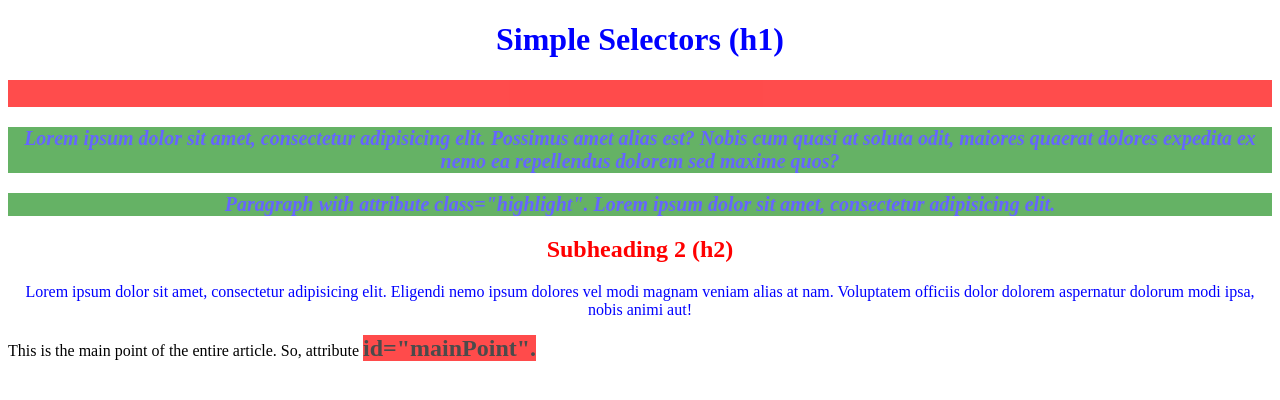
Repository: Aakarshit-Sharma19/Basic-HTML-and-CSS-Page-
Page: test.html
The author's editor kept a copy of each file at every save. The page is drawn from the files as they stood at one save, then again after the next save.
The browser window is 1280 px wide. The pictures show the whole page.

Above is the page before, as saved 2020-11-08 10:14:25.

### test.html
<!DOCTYPE html>
<html>

<head>
  <meta charset="utf-8">
  <title>Simple Selectors</title>
  <style>
    /* all h2 elements */
    h2 {
      color: red;
      text-align: center;
    }


    /* all with class="highlight" */
    .highlight {
      font-size: 20px;
      font-weight: bold;
      font-style: italic;
      background-color: green;
      opacity: .6;
    }

    /* element with id="mainPoint" */
    #mainPoint {
      font-size: 24px;
      font-weight: bold;
      background-color: red;
      opacity: .7;
    }

    /* all p AND h1 elements */
    p, h1 {
      color: blue;
      text-align: center;
    }
  </style>
</head>

<body>

  <h1>Simple Selectors (h1)</h1>
  <h2 id="mainPoint">Subheading 1 (h2)</h2>
  <p class="highlight">Lorem ipsum dolor sit amet, consectetur adipisicing elit. Possimus amet alias est? Nobis cum
    quasi at soluta odit, maiores quaerat dolores expedita ex nemo ea repellendus dolorem sed maxime quos?</p>
  <p class="highlight">Paragraph with attribute class="highlight". Lorem ipsum dolor sit amet, consectetur adipisicing
    elit.</p>
  <h2>Subheading 2 (h2)</h2>
  <p>Lorem ipsum dolor sit amet, consectetur adipisicing elit. Eligendi nemo ipsum dolores vel modi magnam veniam alias
    at nam. Voluptatem officiis dolor dolorem aspernatur dolorum modi ipsa, nobis animi aut!</p>
  <div>This is the main point of the entire article. So, attribute
    <span id="mainPoint">id="mainPoint".</span> </div>

</body>

</html>

After the next save:
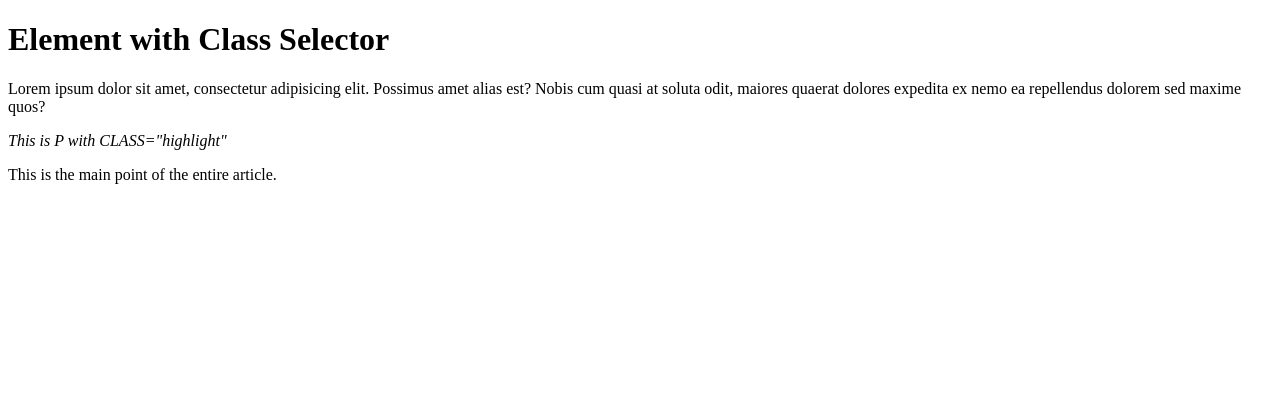
Saved 13 min 10 s later.
--- a/test.html
+++ b/test.html
@@ -3,53 +3,35 @@
 
 <head>
   <meta charset="utf-8">
-  <title>Simple Selectors</title>
+  <title>Element with Class Selector
+  </title>
   <style>
-    /* all h2 elements */
-    h2 {
-      color: red;
-      text-align: center;
+    /* all with class="highlight" */
+    highlight {
+      background-color: green;
     }
 
-
-    /* all with class="highlight" */
-    .highlight {
-      font-size: 20px;
-      font-weight: bold;
+    /* all p elements with class="highlight" */
+    p.highlight {
       font-style: italic;
-      background-color: green;
-      opacity: .6;
     }
 
-    /* element with id="mainPoint" */
-    #mainPoint {
-      font-size: 24px;
-      font-weight: bold;
-      background-color: red;
-      opacity: .7;
-    }
-
-    /* all p AND h1 elements */
-    p, h1 {
-      color: blue;
-      text-align: center;
+    /* all elements with class 'highlight' as well as with class 'mainpoint'. */
+    xxx {
+      color: red;
+      background-color: black;
     }
   </style>
 </head>
 
 <body>
 
-  <h1>Simple Selectors (h1)</h1>
-  <h2 id="mainPoint">Subheading 1 (h2)</h2>
-  <p class="highlight">Lorem ipsum dolor sit amet, consectetur adipisicing elit. Possimus amet alias est? Nobis cum
-    quasi at soluta odit, maiores quaerat dolores expedita ex nemo ea repellendus dolorem sed maxime quos?</p>
-  <p class="highlight">Paragraph with attribute class="highlight". Lorem ipsum dolor sit amet, consectetur adipisicing
-    elit.</p>
-  <h2>Subheading 2 (h2)</h2>
-  <p>Lorem ipsum dolor sit amet, consectetur adipisicing elit. Eligendi nemo ipsum dolores vel modi magnam veniam alias
-    at nam. Voluptatem officiis dolor dolorem aspernatur dolorum modi ipsa, nobis animi aut!</p>
-  <div>This is the main point of the entire article. So, attribute
-    <span id="mainPoint">id="mainPoint".</span> </div>
+  <h1 class="highlight">Element with Class Selector</h1>
+  <p>Lorem ipsum dolor sit amet, consectetur adipisicing elit. Possimus amet alias est? Nobis cum quasi at soluta odit,
+    maiores quaerat dolores expedita ex nemo ea repellendus dolorem sed maxime quos?</p>
+  <p class="highlight">This is P with CLASS="highlight"</p>
+  <div class="mainpoint highlight">This is the main point of the entire article.
+  </div>
 
 </body>
 
